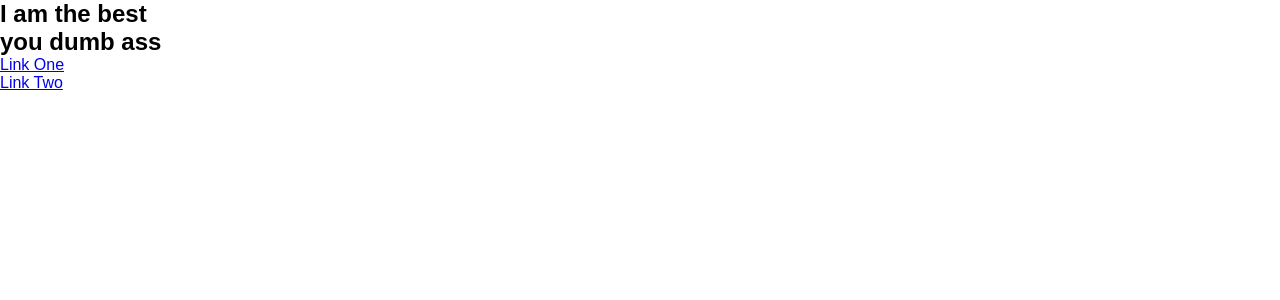
Repository: Imprasna/scrollmagic
Page: index.html
These files come from the project's save history. The page is drawn as it stood at one moment and after a run of saves; the edit follows.
The browser window is 1280 px wide. The pictures show the whole page.
Some web fonts or font styles are not loaded; a fallback is used. Some web libraries are served in a nearby version.

Above is the page before, as saved 2021-10-26 00:45:39.

### index.html
<!DOCTYPE html>
<html lang="en">
<head>
    <meta charset="UTF-8">
    <meta http-equiv="X-UA-Compatible" content="IE=edge">
    <meta name="viewport" content="width=device-width, initial-scale=1.0">
    <link rel="stylesheet" href="style.css">
    <script src="https://cdnjs.cloudflare.com/ajax/libs/gsap/3.8.0/gsap.min.js" integrity="sha512-eP6ippJojIKXKO8EPLtsUMS+/sAGHGo1UN/38swqZa1ypfcD4I0V/ac5G3VzaHfDaklFmQLEs51lhkkVaqg60Q==" crossorigin="anonymous" referrerpolicy="no-referrer"></script>
    <script src="https://cdnjs.cloudflare.com/ajax/libs/gsap/3.8.0/ScrollTrigger.min.js" integrity="sha512-CPA5LMoJI/a5HkSIAKcBtFXe4gqGjPUL2ExF/3PmhrrHI17wod9xOqqF+0WZQRKIIq0KwF8oG5BaiWobtrke3A==" crossorigin="anonymous" referrerpolicy="no-referrer"></script>
    <title>Gsap Animation</title>
</head>
<body>
    <div class="section">
        <nav>
            <h1 class="sliding-text">I am the best <br>you dumb ass</br></h1>
            <ul>
                <li><a href="#">Link One</a></li>
                <li><a href="#">Link Two</a></li>
            </ul>
        </nav>
    </div>
</body>
</html>

### style.css
@import url('https://fonts.googleapis.com/css2?family=Zen+Kurenaido&display=swap');


* {
    margin: 0;
    padding: 0;
    box-sizing: border-box;
}

html, body {
    font-family: 'Zen Kurenaido', sans-serif;
}

After the next 2 saves:
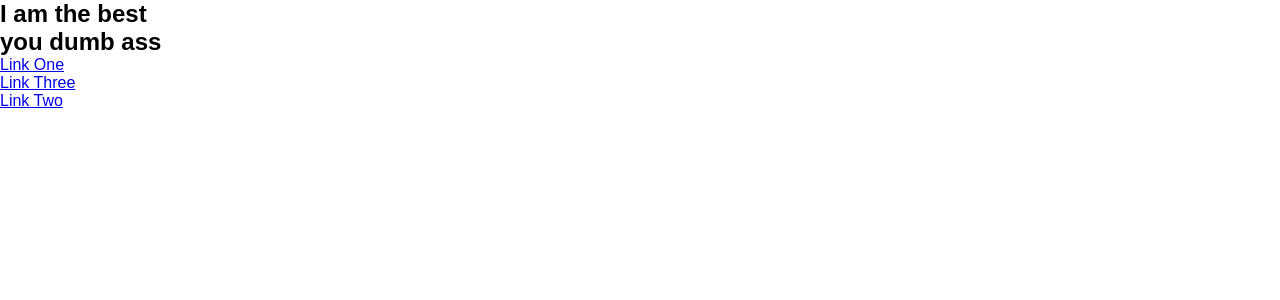
The 2 saves are shown as one change because they came seconds apart.
The last was saved 32 s later.
--- a/index.html
+++ b/index.html
@@ -15,6 +15,7 @@
             <h1 class="sliding-text">I am the best <br>you dumb ass</br></h1>
             <ul>
                 <li><a href="#">Link One</a></li>
+                <li><a href="#">Link Three</a></li>
                 <li><a href="#">Link Two</a></li>
             </ul>
         </nav>
